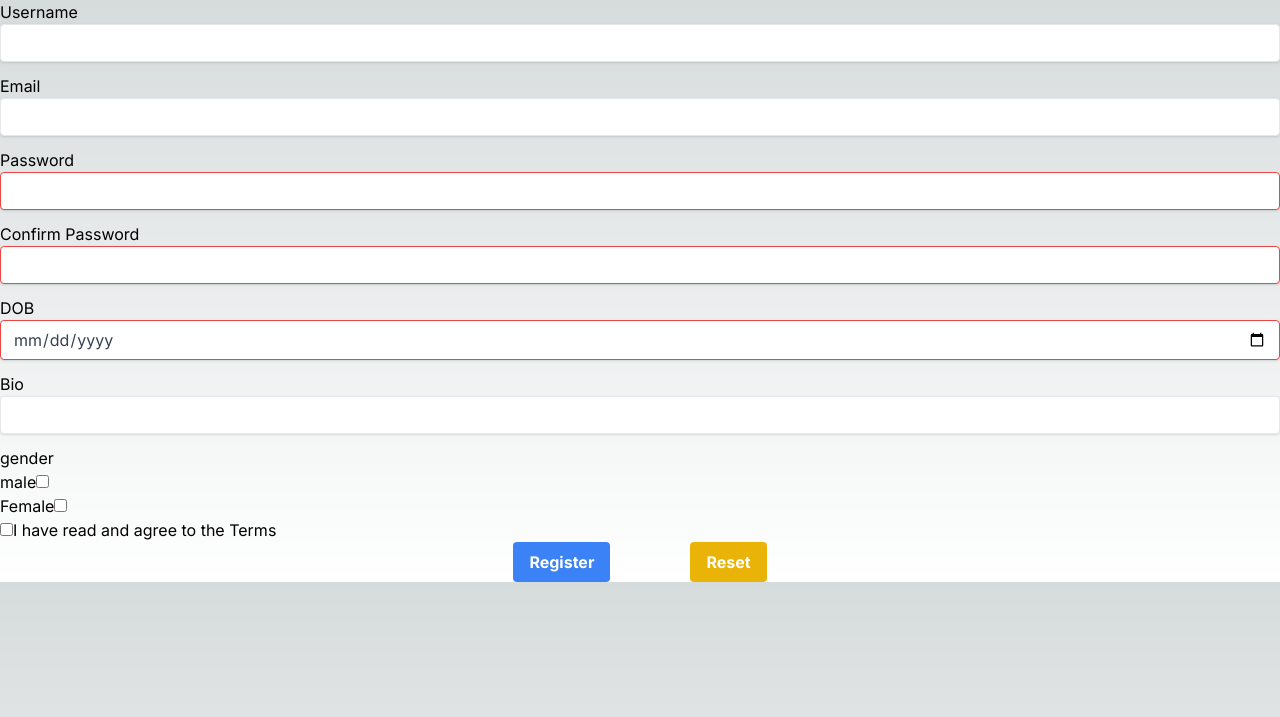
Repository: uh-sman/tiktok-card
Page: /
An editor plug-in stored every save of this project. The page is shown before and after the next save, followed by the edit.
The browser window is 1280 px wide. The pictures show the whole page.
The project was rebuilt for these pictures with package versions that can differ from the ones it lists, and the page was loaded fresh each time. The framework's server and built-in components were replaced by stand-ins that run in the browser. Also part of the build but not shown: next.config.js.

Above is the page before, as saved 2023-12-19 14:17:44.

### app/page.tsx
'use client'
// import Input from "./components/Input";
import { FieldValues, SubmitHandler, useForm } from "react-hook-form";
import AuthForm from "./components/AuthForm";
type FormValues = {
  name: string,
      email: string,
      password: string,
      confirmPassword: string,
      DateOfBirth: string,
      Bio: string,
      gender: string,
      termsAndConditions: string
}

export default function Home() {
  return (
    <div>
      <AuthForm />
    </div>
  )
}



{/* <form class="max-w-sm mx-auto">
  <div class="mb-5">
    <label for="email" class="block mb-2 text-sm font-medium text-gray-900 dark:text-white">Your email</label>
    <input type="email" id="email" class="bg-gray-50 border border-gray-300 text-gray-900 text-sm rounded-lg focus:ring-blue-500 focus:border-blue-500 block w-full p-2.5 dark:bg-gray-700 dark:border-gray-600 dark:placeholder-gray-400 dark:text-white dark:focus:ring-blue-500 dark:focus:border-blue-500" placeholder="name@flowbite.com" required>
  </div>
  <div class="mb-5">
    <label for="password" class="block mb-2 text-sm font-medium text-gray-900 dark:text-white">Your password</label>
    <input type="password" id="password" class="bg-gray-50 border border-gray-300 text-gray-900 text-sm rounded-lg focus:ring-blue-500 focus:border-blue-500 block w-full p-2.5 dark:bg-gray-700 dark:border-gray-600 dark:placeholder-gray-400 dark:text-white dark:focus:ring-blue-500 dark:focus:border-blue-500" required>
  </div>
  <div class="flex items-start mb-5">
    <div class="flex items-center h-5">
      <input id="remember" type="checkbox" value="" class="w-4 h-4 border border-gray-300 rounded bg-gray-50 focus:ring-3 focus:ring-blue-300 dark:bg-gray-700 dark:border-gray-600 dark:focus:ring-blue-600 dark:ring-offset-gray-800 dark:focus:ring-offset-gray-800" required>
    </div>
    <label for="remember" class="ms-2 text-sm font-medium text-gray-900 dark:text-gray-300">Remember me</label>
  </div>
  <button type="submit" class="text-white bg-blue-700 hover:bg-blue-800 focus:ring-4 focus:outline-none focus:ring-blue-300 font-medium rounded-lg text-sm w-full sm:w-auto px-5 py-2.5 text-center dark:bg-blue-600 dark:hover:bg-blue-700 dark:focus:ring-blue-800">Submit</button>
</form> */}

### app/components/AuthForm.tsx
import React from "react";
import { useForm } from "react-hook-form";
// the type of data
type UserSubmitForm = {
    username: string;
    email: string;
    password: string;
    confirmPassword: string;
    acceptTerms: boolean;
    male:boolean;
    female:boolean;
    Bio:string;
    DateOfBirth: number
  };
const AuthForm: React.FC = () => {
    // using the useForm hook from the react-hook-form package
    const {register,handleSubmit, reset} = useForm<UserSubmitForm>()
    // the onSubmit handler
    const onSubmit = (data: UserSubmitForm) => {
        console.log(data)
    }
    return (
        <div className="flex flex-col">
        <form onSubmit={handleSubmit(onSubmit)}>
          <div className="flex flex-col">
            <label>Username</label>
            <input
            className="shadow appearance-none border rounded w-full py-2 px-3 text-gray-700 mb-3 leading-tight focus:outline-none focus:shadow-outline"
              type="text"
            //   using the hook to handle form state
              {...register('username')}
            />
            <div className="invalid-feedback">
                </div>
          </div>

          <div className="flex flex-col">
            <label>Email</label>
            <input
            className="shadow appearance-none border rounded w-full py-2 px-3 text-gray-700 mb-3 leading-tight focus:outline-none focus:shadow-outline"
              type="text"
              {...register('email')}
            />
            <div className="invalid-feedback">
                </div>
          </div>

          <div className="flex flex-col">
            <label>Password</label>
            <input
            className="shadow appearance-none border border-red-500 rounded w-full py-2 px-3 text-gray-700 mb-3 leading-tight focus:outline-none focus:shadow-outline"
              type="password"
              {...register('password')}
            />
            <div className="invalid-feedback">
                </div>
          </div>
          <div className="flex flex-col">
            <label>Confirm Password</label>
            <input
            className="shadow appearance-none border border-red-500 rounded w-full py-2 px-3 text-gray-700 mb-3 leading-tight focus:outline-none focus:shadow-outline"
              type="password"
              {...register('confirmPassword')}
            />
            <div className="invalid-feedback">
            </div>
          </div>
          <div className="flex flex-col">
            <label>DOB</label>
            <input
            className="shadow appearance-none border border-red-500 rounded w-full py-2 px-3 text-gray-700 mb-3 leading-tight focus:outline-none focus:shadow-outline"
              type="date"
              {...register('DateOfBirth')}
            />
            <div className="invalid-feedback">
            </div>
          </div>
          <div className="flex flex-col">
            <label>Bio</label>
            <input
            className="shadow appearance-none border rounded w-full py-2 px-3 text-gray-700 mb-3 leading-tight focus:outline-none focus:shadow-outline"
              type="text"
              {...register('Bio')}
            />
            <div className="invalid-feedback">
            </div>
          </div>

          <div className="">
          <label htmlFor="gender" className="font-md">
              gender
            </label>
            <div className="">
                <label htmlFor="Male">male</label>
            <input
              type="checkbox"
              {...register('male')}
            />

            </div>
            <div className="">
                <label htmlFor="Female">Female</label>
            <input
              type="checkbox"
              {...register('female')}
            />
            </div>
            <div className="invalid-feedback">
                </div>
          </div>
          <div className="">
            <input
              type="checkbox"
              {...register('acceptTerms')}
            />
            <label htmlFor="acceptTerms" className="form-check-label">
              I have read and agree to the Terms
            </label>
            <div className="invalid-feedback">
                </div>
          </div>

          <div className="flex justify-center gap-20">
            <button type="submit" className="bg-blue-500 hover:bg-blue-700 text-white font-bold py-2 px-4 rounded focus:outline-none focus:shadow-outline">
              Register
            </button>
            <button
              type="button"
              onClick={() => reset()}
              className="bg-yellow-500 hover:bg-yellow-700 text-white font-bold py-2 px-4 rounded focus:outline-none focus:shadow-outline"
            >
              Reset
            </button>
          </div>
        </form>
      </div>
    )
}

export default AuthForm;

Loaded but not shown: app/layout.tsx (common file); app/globals.css (common file); tailwind.config.ts (common file)

After the next save:
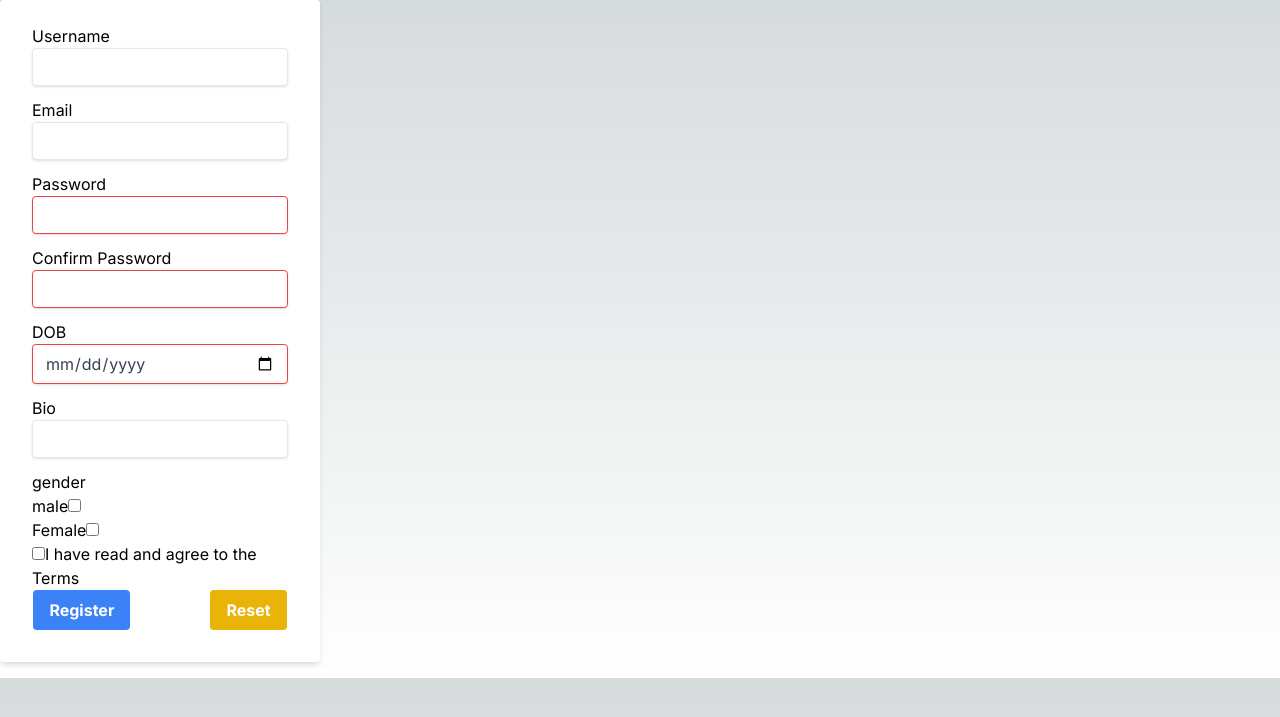
Saved 2 min 1 s later.
--- a/app/components/AuthForm.tsx
+++ b/app/components/AuthForm.tsx
@@ -20,8 +20,8 @@ const AuthForm: React.FC = () => {
         console.log(data)
     }
     return (
-        <div className="flex flex-col">
-        <form onSubmit={handleSubmit(onSubmit)}>
+        <div className="w-full max-w-xs">
+        <form className="bg-white shadow-md rounded px-8 pt-6 pb-8 mb-4" onSubmit={handleSubmit(onSubmit)}>
           <div className="flex flex-col">
             <label>Username</label>
             <input
